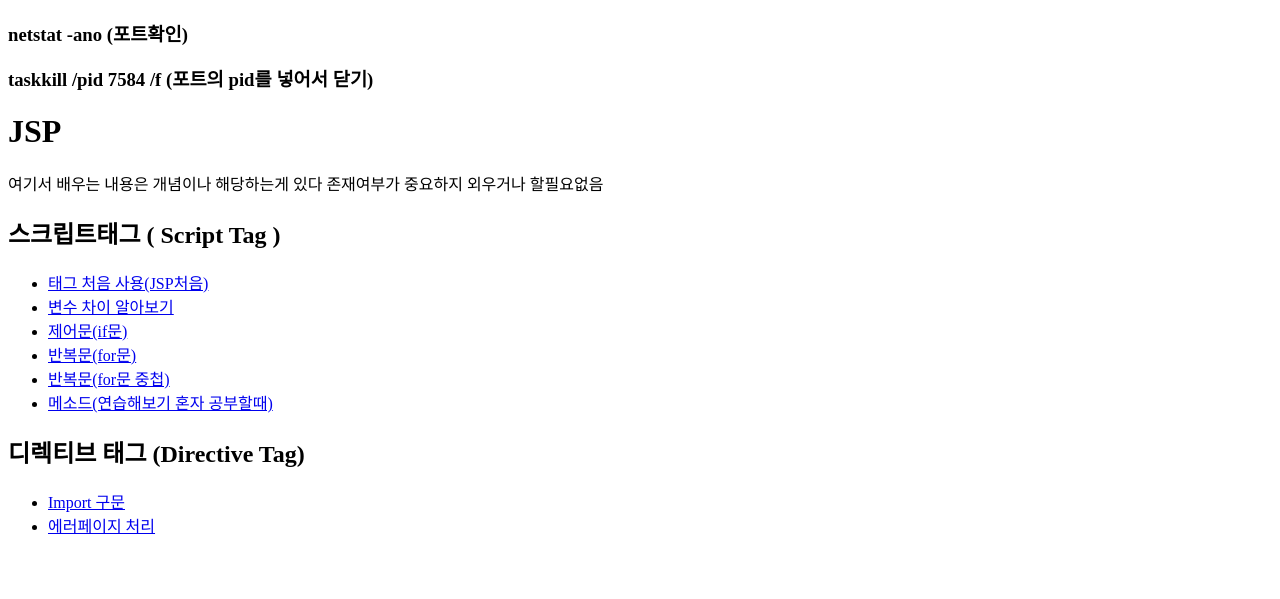
Repository: joeunpyeong/javaA
Page: 03.Tag/src/main/webapp/index.html
These files come from the project's save history. The page is drawn as it stood at one moment and after the next save; the edit follows.
The browser window is 1280 px wide. The pictures show the whole page.

Above is the page before, as saved 2023-05-19 02:54:38.

After the next save:
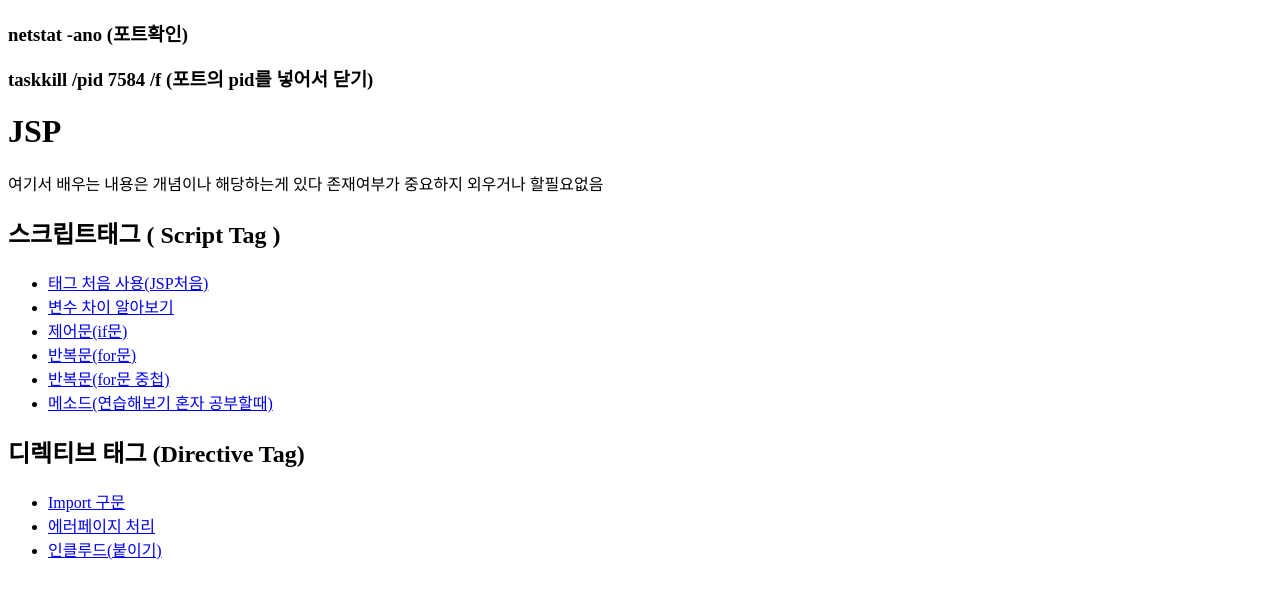
Saved 4 min 26 s later.
--- a/03.Tag/src/main/webapp/index.html
+++ b/03.Tag/src/main/webapp/index.html
@@ -25,6 +25,7 @@
 	<ul>
 		<li><a href="02.Directive/Ex01_Directive.jsp">Import 구문</a> </li>
 		<li><a href="02.Directive/Ex02_ErrorMain.jsp">에러페이지 처리</a> </li>
+		<li><a href="02.Directive/Ex03_IncludeMain.jsp">인클루드(붙이기)</a> </li>
 	</ul>
 
 
